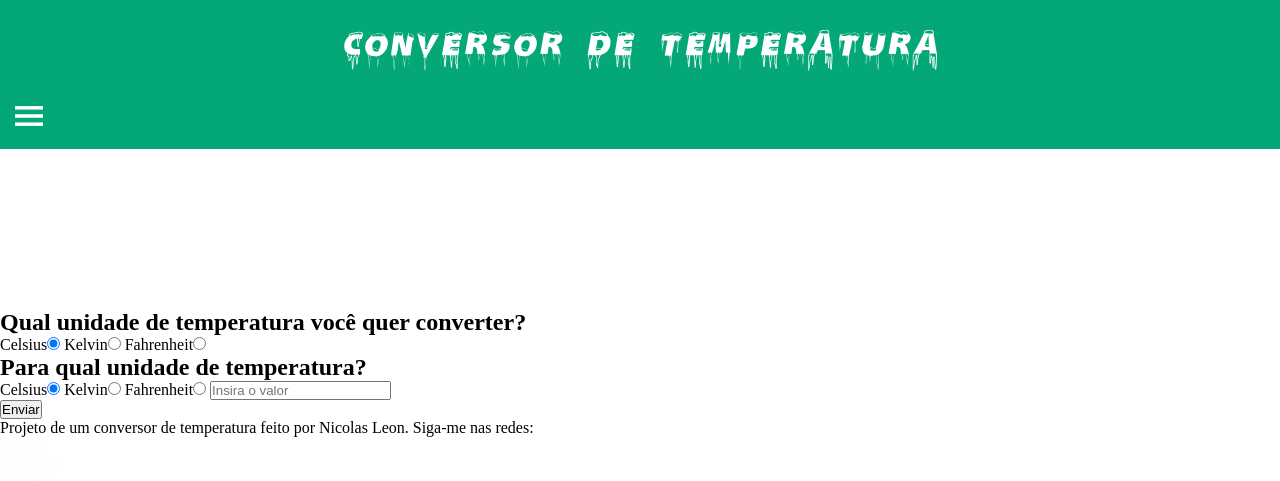
Repository: Leonngc/Conversor-de-temperatura
Page: index.html
An editor plug-in stored every save of this project. The page is shown before and after the next save, followed by the edit.
The browser window is 1280 px wide. The pictures show the whole page.
Some web libraries are served in a nearby version.

Above is the page before, as saved 2023-02-10 20:26:24.

After the next save:
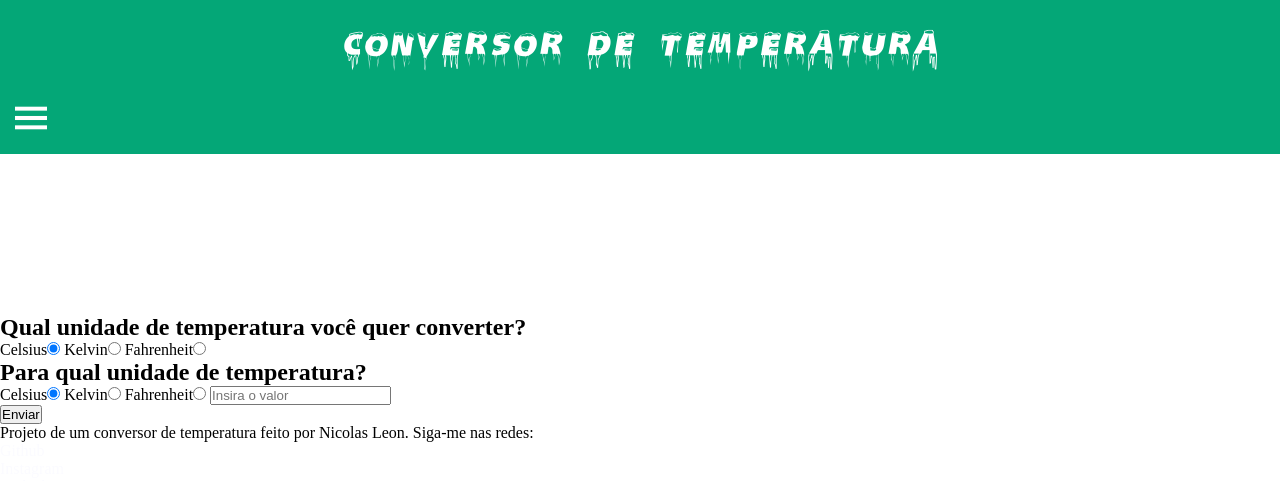
Saved 22 s later.
--- a/style.css
+++ b/style.css
@@ -67,7 +67,7 @@ li > a:hover{
     background-color: #03583e00;
     border: none;
     color: white;
-    font-size: 28px;
+    font-size: 32px;
     margin-left: 15px;
     margin-bottom: 12px;
 
